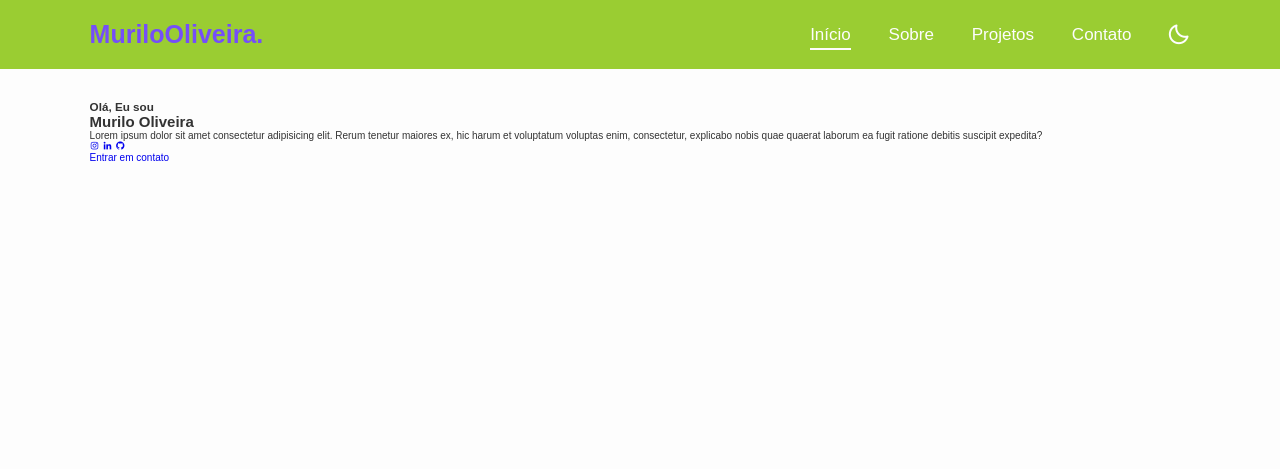
Repository: devMuriloOliveira/Portfolio-
Page: index.html
These files come from the project's save history. The page is drawn as it stood at one moment and after the next save; the edit follows.
The browser window is 1280 px wide. The pictures show the whole page.

Above is the page before, as saved 2023-03-10 15:51:28.

After the next save:
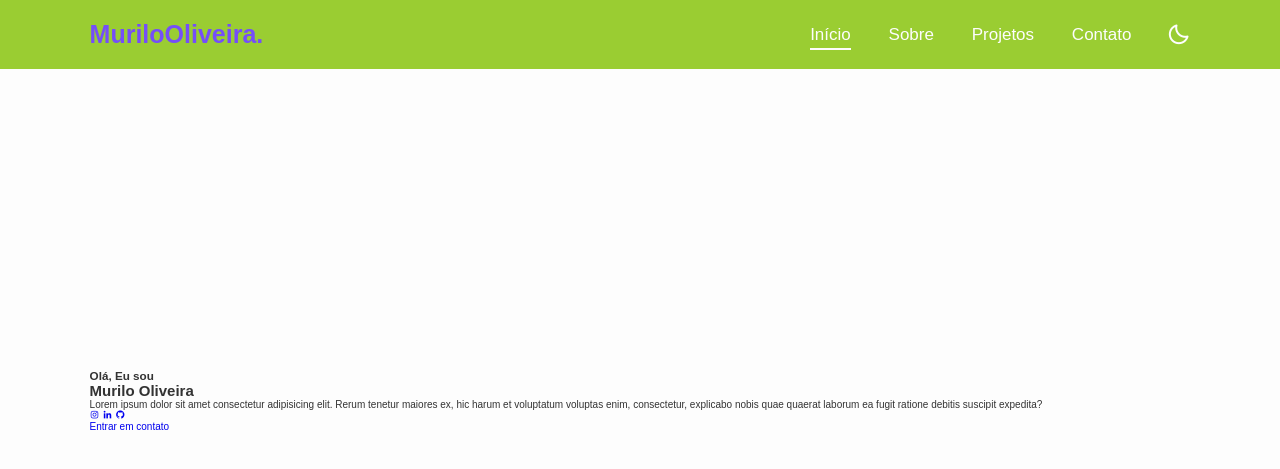
Saved 54 s later.
--- a/style.css
+++ b/style.css
@@ -75,3 +75,8 @@ section{
   min-height: 100vh;
   padding: 10rem 7% 2rem;
 }
+
+.inicio{
+  display: flex;
+  align-items: center;
+}
